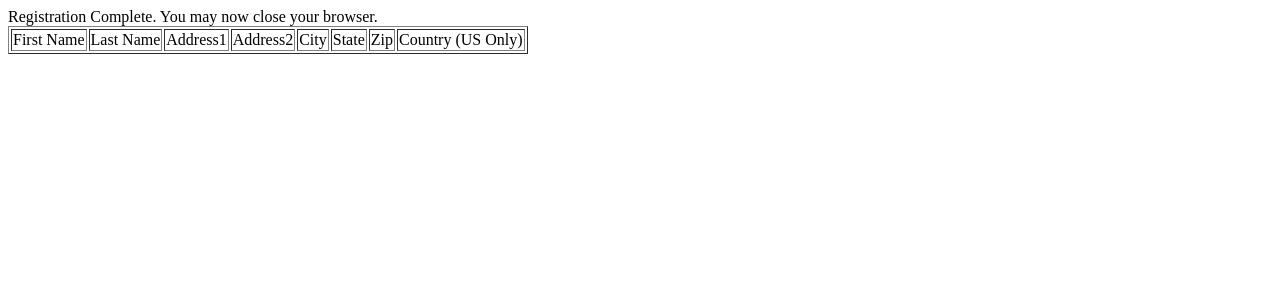
Repository: Corallion/HelloWorldRegistration
Page: http://localhost/HelloWorldAssessment/ConfirmationPage.jsp
An editor plug-in stored every save of this project. The page is shown before and after the next save, followed by the edit.
The browser window is 1280 px wide. The pictures show the whole page.
The page is served by Tomcat 9. Other server files are loaded and not shown. Queries for data that is not in the repository find no rows.

Above is the page before, as saved 2016-06-05 20:45:29.

### HelloWorldAssessment/WebContent/ConfirmationPage.jsp
<%@ page language="java" contentType="text/html; charset=ISO-8859-1"
    pageEncoding="ISO-8859-1" import="HelloWorldAssessment.*" import="java.sql.ResultSet"
    import="java.sql.Statement" import="java.sql.*" import="java.sql.DriverManager" %>
<!DOCTYPE html PUBLIC "-//W3C//DTD HTML 4.01 Transitional//EN" "http://www.w3.org/TR/html4/loose.dtd">
<html>
<head>
<meta http-equiv="Content-Type" content="text/html; charset=ISO-8859-1">
<title>Insert title here</title>
</head>
<body>
Registration Complete. You may now close your browser.
<%

	Connection conn3 = null;
//	String username2 = "root";
//	String password2 = "VM0xQqe1l6";
//	String connection2URL = "jdbc:mysql://mysql12913-RegisteredUserReport.dal.jelastic.vps-host.net/HelloWorldRegistrationAssessment";

	String username3 = "root";
	String password3 = "C1nd3r3ll4";
	String connection3URL = "jdbc:mysql://localhost:3306/HelloWorldAssessment";


	try {
		Class.forName("com.mysql.jdbc.Driver").newInstance();
	} catch (InstantiationException | IllegalAccessException e) {
		// TODO Auto-generated catch block
		e.printStackTrace();
	}

	conn3 = DriverManager.getConnection(connection3URL, username3, password3);

	UserInformation user = new UserInformation();
	if(conn3 == null)
	{
		System.out.println("NULL");
	}

	Statement stmt = conn3.createStatement();
	ResultSet rs = stmt.executeQuery("select * from registereduserreport order by Date DESC");
%>
	<table border="1">
	<tr>
	<td>First Name </td>
	<td>Last Name </td>
	<td>Address1 </td>
	<td>Address2 </td>
	<td>City </td>
	<td>State </td>
	<td>Zip </td>
	<td>Country (US Only) </td>
	</tr>
<%
	while(rs.next()) { %>
	<tr>
	<td><% out.println(rs.getString("FirstName")); %></td>
	<td><% out.println(rs.getString("LastName")); %></td>
	<td><% out.println(rs.getString("Address1")); %></td>
	<td><% out.println(rs.getString("Address2")); %></td>
	<td><% out.println(rs.getString("City")); %></td>
	<td><% out.println(rs.getString("State")); %></td>
	<td><% out.println(rs.getString("Zip")); %></td>
	<td><% out.println(rs.getString("Country")); %></td>
	<td><% out.println(rs.getString("Date")); %></td>
	</tr>
	<%} %>
</table>
<%
conn3.close();
conn3 = null;
%>



</body>
</html>

### HelloWorldAssessment/src/HelloWorldAssessment/UserInformation.java
package HelloWorldAssessment;

public class UserInformation {
	private String firstName;
	private String lastName;
	private String address1;
	private String address2;
	private String city;
	private String state;
	private String zip;
	private String country;
	private String date;

	public UserInformation() {
	}


	public String getFirstName() {
		return firstName;
	}

	public void setFirstName(String firstName) {
		this.firstName = firstName;
	}

	public String getLastName() {
		return lastName;
	}

	public void setLastName(String lastName) {
		this.lastName = lastName;
	}

	public String getAddress1() {
		return address1;
	}

	public void setAddress1(String address1) {
		this.address1 = address1;
	}

	public String getAddress2() {
		return address2;
	}

	public void setAddress2(String address2) {
		this.address2 = address2;
	}

	public String getCity() {
		return city;
	}

	public void setCity(String city) {
		this.city = city;
	}

	public String getState() {
		return state;
	}

	public void setState(String state) {
		this.state = state;
	}

	public String getZip() {
		return zip;
	}

	public void setZip(String zip) {
		this.zip = zip;
	}

	public String getCountry() {
		return country;
	}

	public void setCountry(String country) {
		this.country = country;
	}

	public String getDate() {
		return date;
	}

	public void setDate(String date) {
		this.date = date;
	}


}

After the next save:
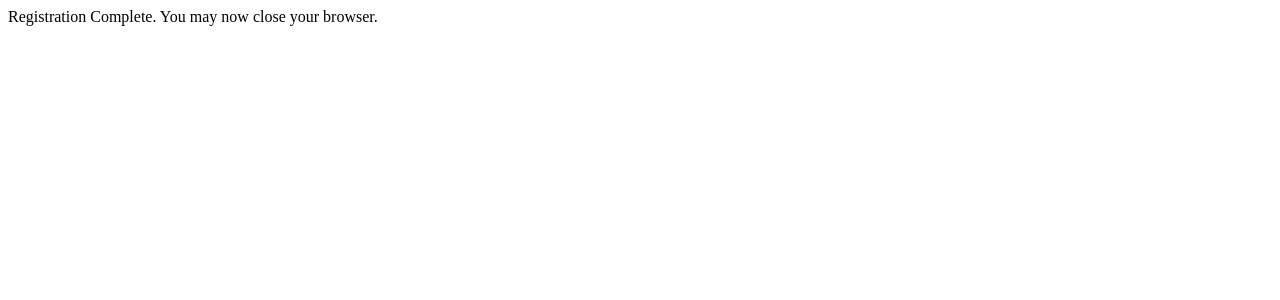
Saved 12 s later.
--- a/HelloWorldAssessment/WebContent/ConfirmationPage.jsp
+++ b/HelloWorldAssessment/WebContent/ConfirmationPage.jsp
@@ -1,6 +1,5 @@
 <%@ page language="java" contentType="text/html; charset=ISO-8859-1"
-    pageEncoding="ISO-8859-1" import="HelloWorldAssessment.*" import="java.sql.ResultSet"
-    import="java.sql.Statement" import="java.sql.*" import="java.sql.DriverManager" %>
+    pageEncoding="ISO-8859-1" %>
 <!DOCTYPE html PUBLIC "-//W3C//DTD HTML 4.01 Transitional//EN" "http://www.w3.org/TR/html4/loose.dtd">
 <html>
 <head>
@@ -9,68 +8,5 @@
 </head>
 <body>
 Registration Complete. You may now close your browser.
-<%
-
-	Connection conn3 = null;
-//	String username2 = "root";
-//	String password2 = "VM0xQqe1l6";
-//	String connection2URL = "jdbc:mysql://mysql12913-RegisteredUserReport.dal.jelastic.vps-host.net/HelloWorldRegistrationAssessment";
-
-	String username3 = "root";
-	String password3 = "C1nd3r3ll4";
-	String connection3URL = "jdbc:mysql://localhost:3306/HelloWorldAssessment";
-
-
-	try {
-		Class.forName("com.mysql.jdbc.Driver").newInstance();
-	} catch (InstantiationException | IllegalAccessException e) {
-		// TODO Auto-generated catch block
-		e.printStackTrace();
-	}
-
-	conn3 = DriverManager.getConnection(connection3URL, username3, password3);
-
-	UserInformation user = new UserInformation();
-	if(conn3 == null)
-	{
-		System.out.println("NULL");
-	}
-
-	Statement stmt = conn3.createStatement();
-	ResultSet rs = stmt.executeQuery("select * from registereduserreport order by Date DESC");
-%>
-	<table border="1">
-	<tr>
-	<td>First Name </td>
-	<td>Last Name </td>
-	<td>Address1 </td>
-	<td>Address2 </td>
-	<td>City </td>
-	<td>State </td>
-	<td>Zip </td>
-	<td>Country (US Only) </td>
-	</tr>
-<%
-	while(rs.next()) { %>
-	<tr>
-	<td><% out.println(rs.getString("FirstName")); %></td>
-	<td><% out.println(rs.getString("LastName")); %></td>
-	<td><% out.println(rs.getString("Address1")); %></td>
-	<td><% out.println(rs.getString("Address2")); %></td>
-	<td><% out.println(rs.getString("City")); %></td>
-	<td><% out.println(rs.getString("State")); %></td>
-	<td><% out.println(rs.getString("Zip")); %></td>
-	<td><% out.println(rs.getString("Country")); %></td>
-	<td><% out.println(rs.getString("Date")); %></td>
-	</tr>
-	<%} %>
-</table>
-<%
-conn3.close();
-conn3 = null;
-%>
-
-
-
 </body>
 </html>
